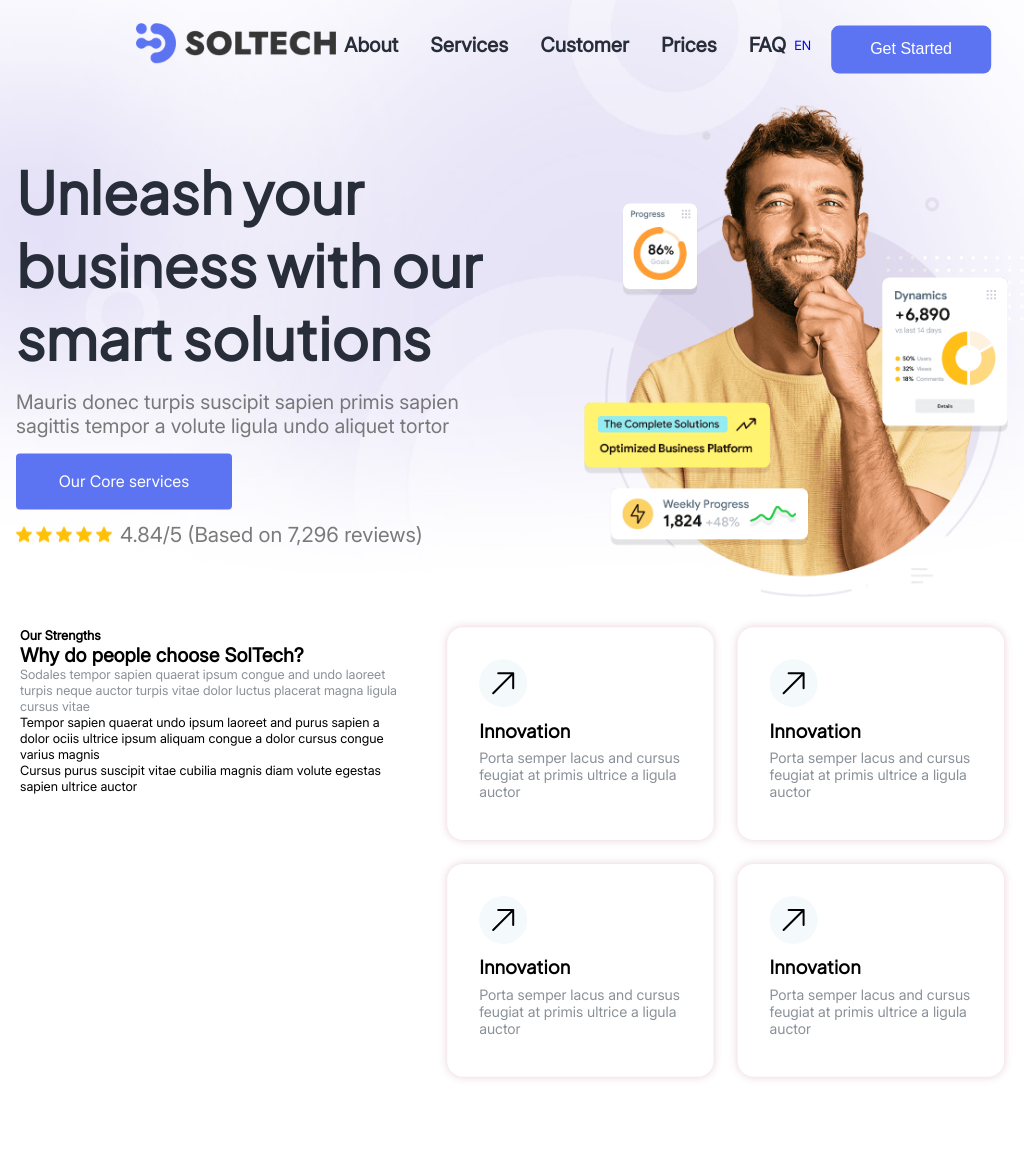
Repository: md-rabbi-hossain/Soltech-html
Page: index.html
These files come from the project's save history. The page is drawn as it stood at one moment and after the next save; the edit follows.
The browser window is 1280 px wide. The pictures show the whole page, at 80% of full size.

Above is the page before, as saved 2025-01-10 02:20:42.

### index.html
<!DOCTYPE html>
<html lang="en">
  <head>
    <meta charset="UTF-8" />
    <meta name="viewport" content="width=device-width, initial-scale=1.0" />
    <link rel="stylesheet" href="Css/style.css" />
    <title>Soltech</title>
  </head>
  <body>
    <header class="main-container">
      <div class="Hero-parents-container">
        <nav>
          <div class="logo">
            <img src="image/logo-1.png" alt="Logo" />
          </div>
          <ul class="menu">
            <li class="dropdown">
              <a href="#">About</a>
              <ul class="dropdown-menu">
                <li><a href="#">Our Team</a></li>
                <li><a href="#">Our Mission</a></li>
                <li><a href="#">History</a></li>
              </ul>
            </li>
            <li><a href="#">Services</a></li>
            <li><a href="#">Customer</a></li>
            <li><a href="#">Prices</a></li>
            <li><a href="#">FAQ</a></li>
          </ul>
          <div class="actions">
            <div class="dropdown">
              <li><a href="#">EN</a></li>
              <ul class="dropdown-menu">
                <li><a href="#">English</a></li>
                <li><a href="#">Spanish</a></li>
              </ul>
            </div>
            <button class="get-started">Get Started</button>
          </div>
        </nav>
        <!-- Navbar end here  -->
        <!-- hero start here  -->
        <div class="hero-parents container">
          <div class="left-side">
            <div class="content">
              <h1>Unleash your business with our smart solutions</h1>
              <p>
                Mauris donec turpis suscipit sapien primis sapien sagittis
                tempor a volute ligula undo aliquet tortor
              </p>
              <div>
                <button>Our Core services</button>
              </div>
              <div class="text">
                <div class="icon">
                  <img src="image/star.png" alt="" />
                  <img src="image/star.png" alt="" />
                  <img src="image/star.png" alt="" />
                  <img src="image/star.png" alt="" />
                  <img src="image/star.png" alt="" />
                </div>
                <p>4.84/5 (Based on 7,296 reviews)</p>
              </div>
            </div>
          </div>
          <div class="right">
            <img src="/image/hero-right.png" alt="" />
          </div>
        </div>
      </div>
    </header>
    <section class="main-container cta-section">
      <div class="container">
        <div class="introduction-parent">
          <div class="introduction-text">
            <div class="inner">
              <h4>Our Strengths</h4>
              <h2>Why do people choose SolTech?</h2>
              <p>
                Sodales tempor sapien quaerat ipsum congue and undo laoreet
                turpis neque auctor turpis vitae dolor luctus placerat magna
                ligula cursus vitae
              </p>
              <ul>
                <li>
                  Tempor sapien quaerat undo ipsum laoreet and purus sapien a
                  dolor ociis ultrice ipsum aliquam congue a dolor cursus congue
                  varius magnis
                </li>
                <li>
                  Cursus purus suscipit vitae cubilia magnis diam volute egestas
                  sapien ultrice auctor
                </li>
              </ul>
            </div>
          </div>
          <div class="box-parent">
            <div class="box">
              <div class="box-inner">
                <svg
                  xmlns="http://www.w3.org/2000/svg"
                  fill="none"
                  viewBox="0 0 24 24"
                  stroke-width="1.5"
                  stroke="currentColor"
                  class="size-6"
                >
                  <path
                    stroke-linecap="round"
                    stroke-linejoin="round"
                    d="m4.5 19.5 15-15m0 0H8.25m11.25 0v11.25"
                  />
                </svg>
                <h3>Innovation</h3>
                <p>
                  Porta semper lacus and cursus feugiat at primis ultrice a
                  ligula auctor
                </p>
              </div>
            </div>
            <div class="box">
              <div class="box-inner">
                <svg
                  xmlns="http://www.w3.org/2000/svg"
                  fill="none"
                  viewBox="0 0 24 24"
                  stroke-width="1.5"
                  stroke="currentColor"
                  class="size-6"
                >
                  <path
                    stroke-linecap="round"
                    stroke-linejoin="round"
                    d="m4.5 19.5 15-15m0 0H8.25m11.25 0v11.25"
                  />
                </svg>
                <h3>Innovation</h3>
                <p>
                  Porta semper lacus and cursus feugiat at primis ultrice a
                  ligula auctor
                </p>
              </div>
            </div>
            <div class="box">
              <div class="box-inner">
                <svg
                  xmlns="http://www.w3.org/2000/svg"
                  fill="none"
                  viewBox="0 0 24 24"
                  stroke-width="1.5"
                  stroke="currentColor"
                  class="size-6"
                >
                  <path
                    stroke-linecap="round"
                    stroke-linejoin="round"
                    d="m4.5 19.5 15-15m0 0H8.25m11.25 0v11.25"
                  />
                </svg>
                <h3>Innovation</h3>
                <p>
                  Porta semper lacus and cursus feugiat at primis ultrice a
                  ligula auctor
                </p>
              </div>
            </div>
            <div class="box">
              <div class="box-inner">
                <svg
                  xmlns="http://www.w3.org/2000/svg"
                  fill="none"
                  viewBox="0 0 24 24"
                  stroke-width="1.5"
                  stroke="currentColor"
                  class="size-6"
                >
                  <path
                    stroke-linecap="round"
                    stroke-linejoin="round"
                    d="m4.5 19.5 15-15m0 0H8.25m11.25 0v11.25"
                  />
                </svg>
                <h3>Innovation</h3>
                <p>
                  Porta semper lacus and cursus feugiat at primis ultrice a
                  ligula auctor
                </p>
              </div>
            </div>
          </div>
        </div>
      </div>
    </section>
    <script src="/Js/Script.js"></script>
  </body>
</html>

### Css/style.css
* {
  margin: 0;
  padding: 0;
  box-sizing: border-box;
}
html {
  scroll-behavior: smooth;
}
@font-face {
  font-family: Inter;
  src: url("/Font/Inter_24pt-Regular.ttf") format("woff2");
  src: url("/Font/Inter_24pt-Regular.ttf") format("woff");
  src: url("/Font/Inter_24pt-Regular.ttf") format("truetype");
  font-weight: normal;
  font-style: normal;
}
@font-face {
  font-family: Jakarta;
  src: url("/Font/PlusJakartaSans-Regular.ttf") format("woff2");
  src: url("/Font/PlusJakartaSans-Regular.ttf") format("woff");
  src: url("/Font/PlusJakartaSans-Regular.ttf") format("truetype");
  font-weight: normal;
  font-style: normal;
}
body {
  font-family: Inter;
}
li {
  list-style: none;
}
li a {
  text-decoration: none;
}
.main-container {
  max-width: 100%;
}

.container {
  max-width: 1400px;
  display: block;
  margin: 0 auto;
  padding: 25px;
}
h1 h2 h3 h5 h5 {
  font-family: Jakarta;
}
p {
  color: #8a9198;
}
nav {
  display: flex;
  justify-content: space-between;
  align-items: center;
  padding-left: 170px;
  padding-right: 150px;
  padding-top: 20px;
  padding-bottom: 20px;
  position: relative;
  transition: all 0.3s ease;
  z-index: 1000;
}
nav.sticky {
  background-color: rgba(253, 253, 254, 0.8);
  position: sticky;
  top: 0;
  padding-bottom: 20px;
  box-shadow: 0 4px 6px rgba(0, 0, 0, 0.1);
}
.logo img {
  max-height: 50px;
}
.menu {
  display: flex;
  list-style: none;
  gap: 20px;
}
.menu li {
  position: relative;
}
.menu a {
  text-decoration: none;
  font-size: 25px;
  color: #282d3a;
  font-weight: bold;
  padding: 5px 10px;
}
/* Dropdown Styles */
.dropdown:hover .dropdown-menu {
  display: block;
}
.dropdown-menu {
  display: none;
  position: absolute;
  background: #fff;
  box-shadow: 0 4px 6px rgba(0, 0, 0, 0.1);
  border-radius: 5px;
  margin-top: 10px;
  list-style: none;
  padding: 10px 0;
}
.dropdown-menu li {
  padding: 5px 20px;
}
.dropdown-menu li a {
  color: #282d3a;
}
.dropdown-menu li:hover {
  background: #f1f1f1;
}
.actions {
  display: flex;
  align-items: center;
  gap: 20px;
}
.get-started {
  background: #5d74f2;
  color: #fff;
  font-size: 20px;
  line-height: 28px;
  padding: 6px 22px 8px;
  margin: 12px 5px 0;
  border: none;
  border-radius: 10px;
  width: 200px;
  height: 60px;
  cursor: pointer;
  transition: 0.5s;
}
.get-started:hover {
  background: #f2f0fb;
  border: 1px solid black;
  color: #585f6e;
}

/*  Hero Section Styles Here */
.Hero-parents-container {
  max-width: 100%;
  height: 100vh;
  background-image: url("/image/hero-1.jpg");
  background-size: cover;
  background-repeat: no-repeat;
}
.hero-parents {
  display: flex;
  justify-content: space-between;
  align-items: center;
  gap: 20px;
  padding: 20px;
}

.left-side {
  flex: 1;
}
.left-side h1 {
  font-size: 4.5rem;
  color: #282d3a;
  margin-bottom: 20px;
  font-family: Jakarta;
}
.left-side p {
  font-size: 25px;
  width: 560px;
  color: #5a5a5a; /* Subtle color for the paragraph text */
  margin-bottom: 20px;
  opacity: 0.8;
}

.left-side button {
  background: #5d74f2;
  color: white;
  font-size: 20px;
  padding: 10px 20px;
  border: none;
  border-radius: 5px;
  cursor: pointer;
  width: 270px;
  font-family: Inter;
  height: 70px;
}

.left-side button:hover {
  background: #4b62d8;
}
.icon img {
  width: 20px;
}

.text {
  display: flex;
  align-items: center;
  gap: 10px;
  padding-top: 15px;
}
.icon {
  display: flex;
  gap: 5px;
}

.icon img {
  width: 20px;
  height: 20px;
}

.text p {
  margin: 0;
  font-size: 26px;
}

/* Right Side */
.right {
  flex: 1;
  display: flex;
  justify-content: center;
  align-items: center;
}

.right img {
  max-width: 100%;
  height: auto;
  object-fit: contain;
}
section.main-container.cta-section {
  height: 100vh;
  display: flex;
  align-items: center;
}

.introduction-parent {
  display: flex;
  justify-content: space-between;
}

.introduction-text {
  width: 40%;
  margin-right: 50px;
}
.introduction-text .inner {
}
.box-parent {
  display: flex;
  flex-wrap: wrap;
  width: 60%;
  margin-left: -15px;
  margin-right: -15px;
}
.box {
  width: 50%;
  padding-left: 15px;
  padding-right: 15px;
  padding-bottom: 30px;
}
.box-inner {
  box-shadow: 0 0 10px #99334d3b;
  padding: 40px;
  border-radius: 20px;
}
.box-inner h3 {
  font-family: Jakarta;
  font-size: 23px;
  margin-bottom: 10px;
}
.box-inner p {
  font-family: Inter;
  font-size: 18px;
  margin-bottom: 10px;
}
.box-inner svg {
  width: 60px;
  height: 60px;
  background: #f4f9fc;
  padding: 10px;
  margin-bottom: 10px;
  border-radius: 50%;
}

### Js/Script.js
window.onscroll = function () {
  let navbar = document.querySelector("nav");
  if (window.pageYOffset > 0) {
    navbar.classList.add("sticky");
  } else {
    navbar.classList.remove("sticky");
  }
};

After the next save:
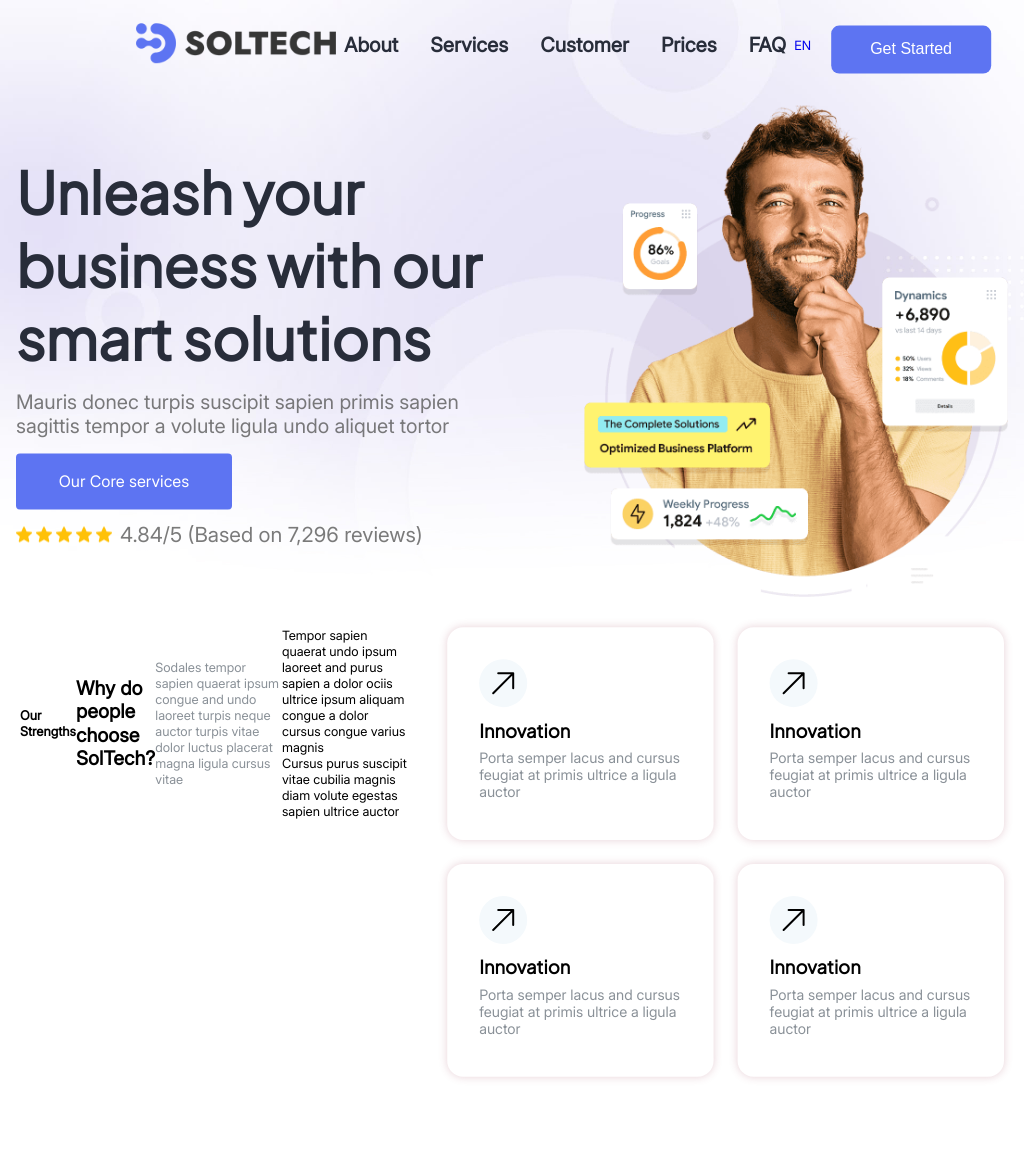
Saved 60 s later.
--- a/Css/style.css
+++ b/Css/style.css
@@ -235,6 +235,9 @@
   margin-right: 50px;
 }
 .introduction-text .inner {
+  display: flex;
+  justify-content: start;
+  align-items: center;
 }
 .box-parent {
   display: flex;

After the 2 saves that followed:
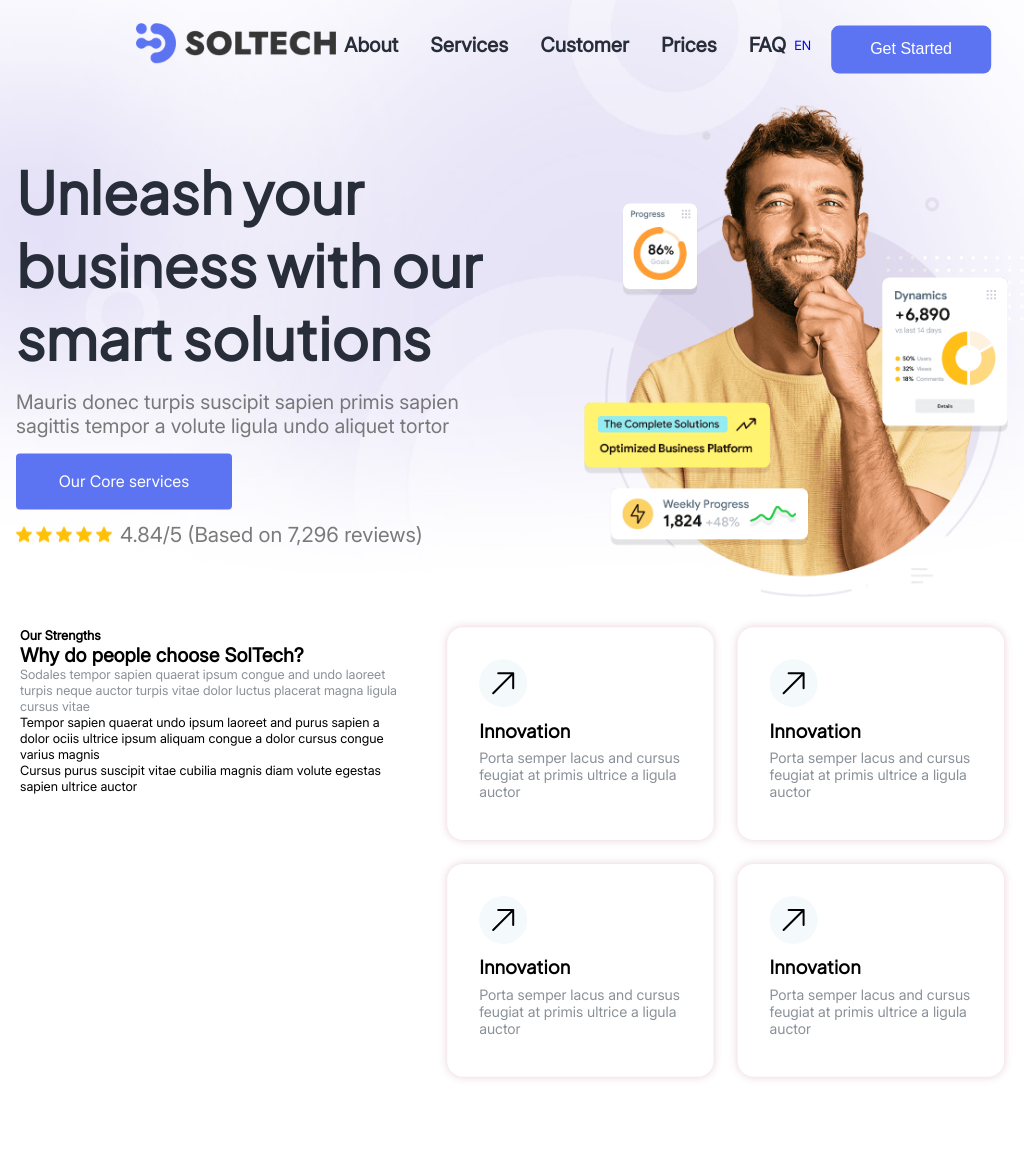
The 2 saves are shown as one change because 1 left the picture as it was.
The last was saved 23 s later.
--- a/Css/style.css
+++ b/Css/style.css
@@ -234,11 +234,7 @@
   width: 40%;
   margin-right: 50px;
 }
-.introduction-text .inner {
-  display: flex;
-  justify-content: start;
-  align-items: center;
-}
+
 .box-parent {
   display: flex;
   flex-wrap: wrap;
